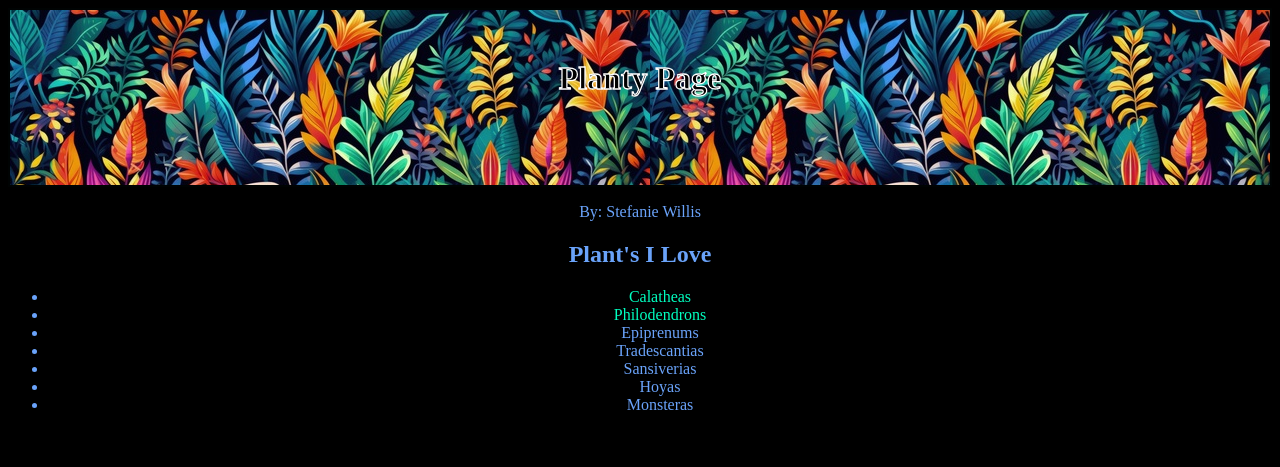
Repository: swillis91/odin-recipies
Page: Planty Page/index.html
The author's editor kept a copy of each file at every save. The page is drawn from the files as they stood at one save, then again after the next save.
The browser window is 1280 px wide. The pictures show the whole page.

Above is the page before, as saved 2023-08-11 23:30:58.

After the next save:
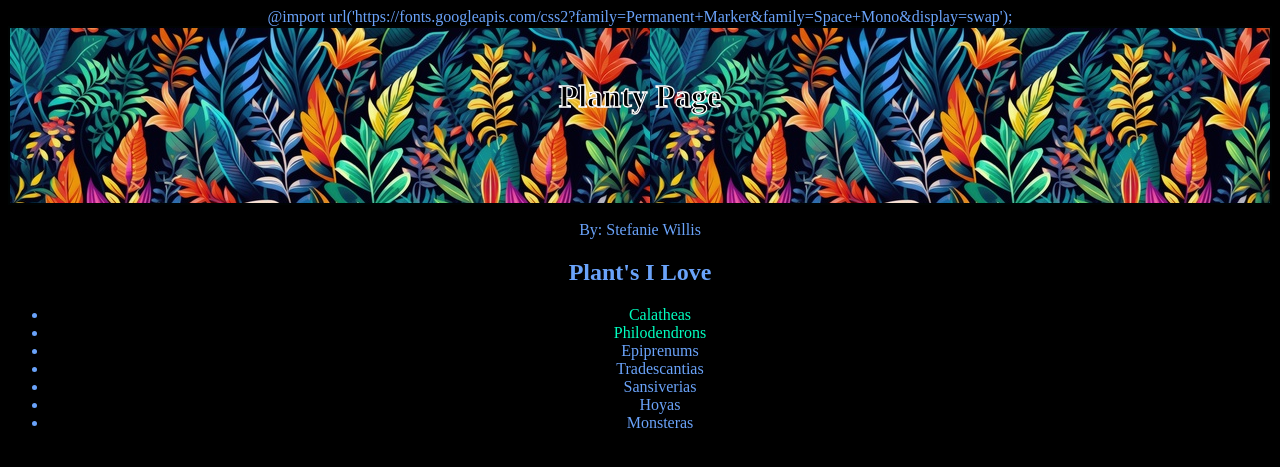
Saved 2 min 7 s later.
--- a/Planty Page/index.html
+++ b/Planty Page/index.html
@@ -3,6 +3,9 @@
         <head>
             <title>Planty Page- Home</title>
             <link href="style.css" rel="stylesheet"
+            <style>
+                @import url('https://fonts.googleapis.com/css2?family=Permanent+Marker&family=Space+Mono&display=swap');
+            </style>
         </head>
         <body>
             <h1 class="heading">Planty Page</h1>

After the save that followed:
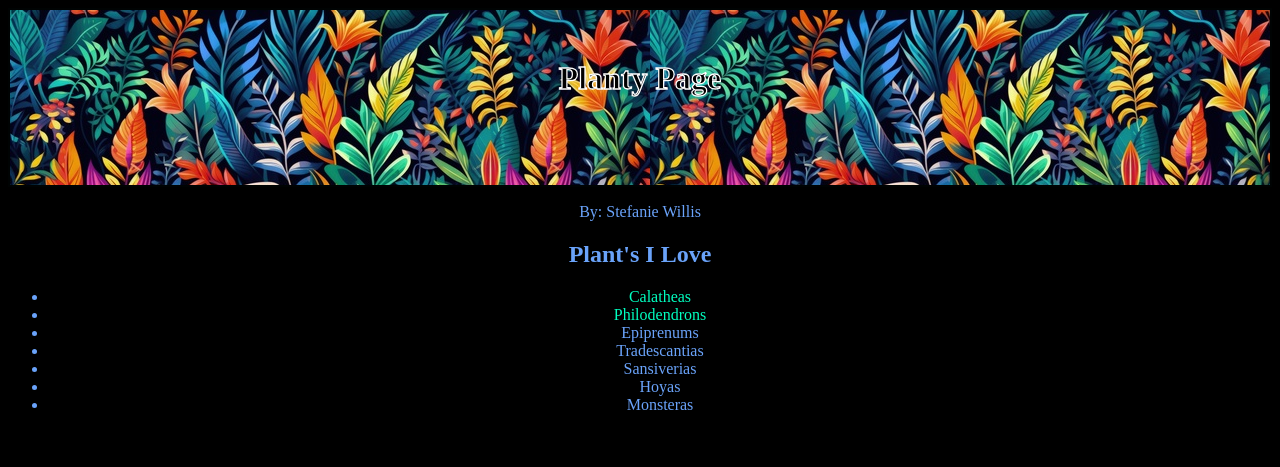
Saved 21 s later.
--- a/Planty Page/index.html
+++ b/Planty Page/index.html
@@ -3,9 +3,7 @@
         <head>
             <title>Planty Page- Home</title>
             <link href="style.css" rel="stylesheet"
-            <style>
-                @import url('https://fonts.googleapis.com/css2?family=Permanent+Marker&family=Space+Mono&display=swap');
-            </style>
+
         </head>
         <body>
             <h1 class="heading">Planty Page</h1>
